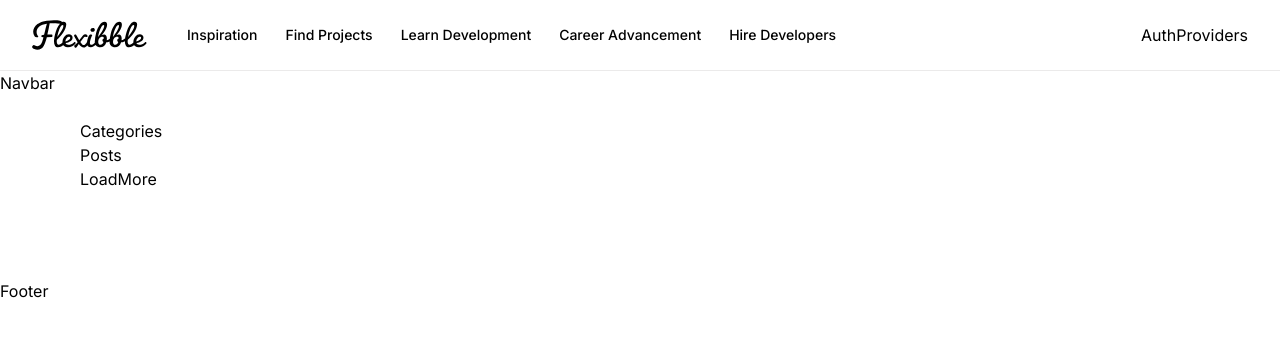
Repository: YUKIKAZE-nanoda/shigure_grafbase
Page: /
The author's editor kept a copy of each file at every save. The page is drawn from the files as they stood at one save, then again after the next save.
The browser window is 1280 px wide. The pictures show the whole page.
The project was rebuilt for these pictures with package versions that can differ from the ones it lists, and the page was loaded fresh each time. The framework's server and built-in components were replaced by stand-ins that run in the browser. Also part of the build but not shown: next.config.js.

Above is the page before, as saved 2023-07-15 10:52:24.

### app/layout.tsx
import './globals.css'
import Footer from '@/components/Footer'
import Navbar from '@/components/Navbar'
export const metadata = {
  title: 'Flexibble',
  description: 'Showcase of flexbox layouts',
}

export default function RootLayout({
  children,
}: {
  children: React.ReactNode
}) {
  return (
    <html lang="en">
      <Navbar/>
      <body>
        Navbar
        <main>{children}</main>
        <Footer/>
        </body>
    </html>
  )
}

### app/page.tsx
const Home = () => {
    return (

        <section className="flex-start flex-col paddings mb-16">
            <h1>Categories</h1>
            <h1>Posts</h1>
            <h1>LoadMore</h1>
        </section>

    )
}

export default Home;

### components/Footer.tsx
import React from "react";
const Footer=()=>{
    return <div>
        Footer
    </div>
}

export default Footer;

### components/Navbar.tsx
import Link from 'next/link';
import Image from 'next/image';
import { NavLinks } from '@/constants';
import AuthProviders from './AuthProviders';
const Navbar = () => {
    const session = null;
    return (
        <nav className="flexBetween navbar">
            <div className="flex-1 flexStart gap-10">
                <Link href="/">
                    <Image
                        src="/logo.svg"
                        width={115}
                        height={43}
                        alt="Flexibble"
                    />
                </Link>
                <ul className='xl:flex hidden text-small gap-7'>
                    {NavLinks.map((link) => (
                        <Link href={link.href} key={link.key}>
                            {link.text}
                        </Link>
                    ))}
                </ul>
            </div>
            <div className='flexCenter gap-4'>
                {session ? (
                    <>
                        UserPhoto
                        <Link href="/create-project">
                            Share you work
                        </Link>
                    </>
                ) : (
                    <AuthProviders></AuthProviders>
                )}
            </div>
        </nav>
    );
}

export default Navbar;

Loaded but not shown: app/globals.css (common file); constants/index.ts (common file); components/AuthProviders.tsx (common file); tailwind.config.js (common file)

After the next save:
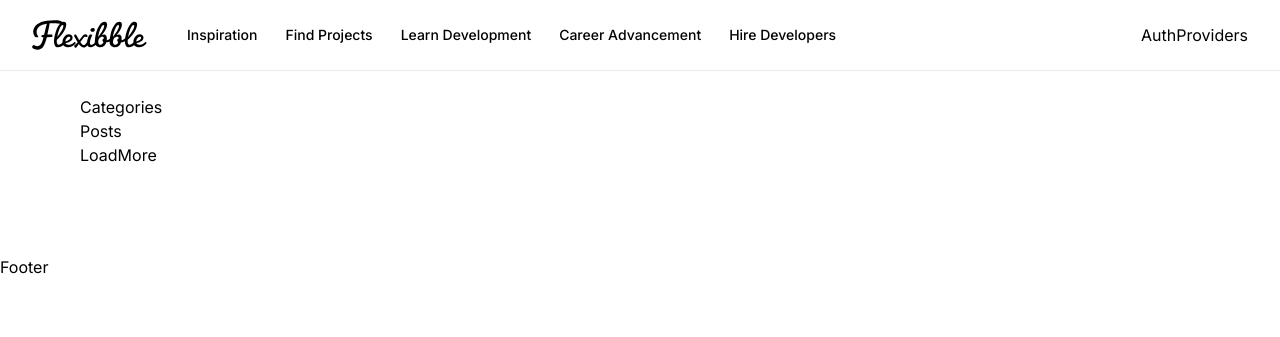
Saved 28 s later.
--- a/app/layout.tsx
+++ b/app/layout.tsx
@@ -15,7 +15,6 @@ export default function RootLayout({
     <html lang="en">
       <Navbar/>
       <body>
-        Navbar
         <main>{children}</main>
         <Footer/>
         </body>
